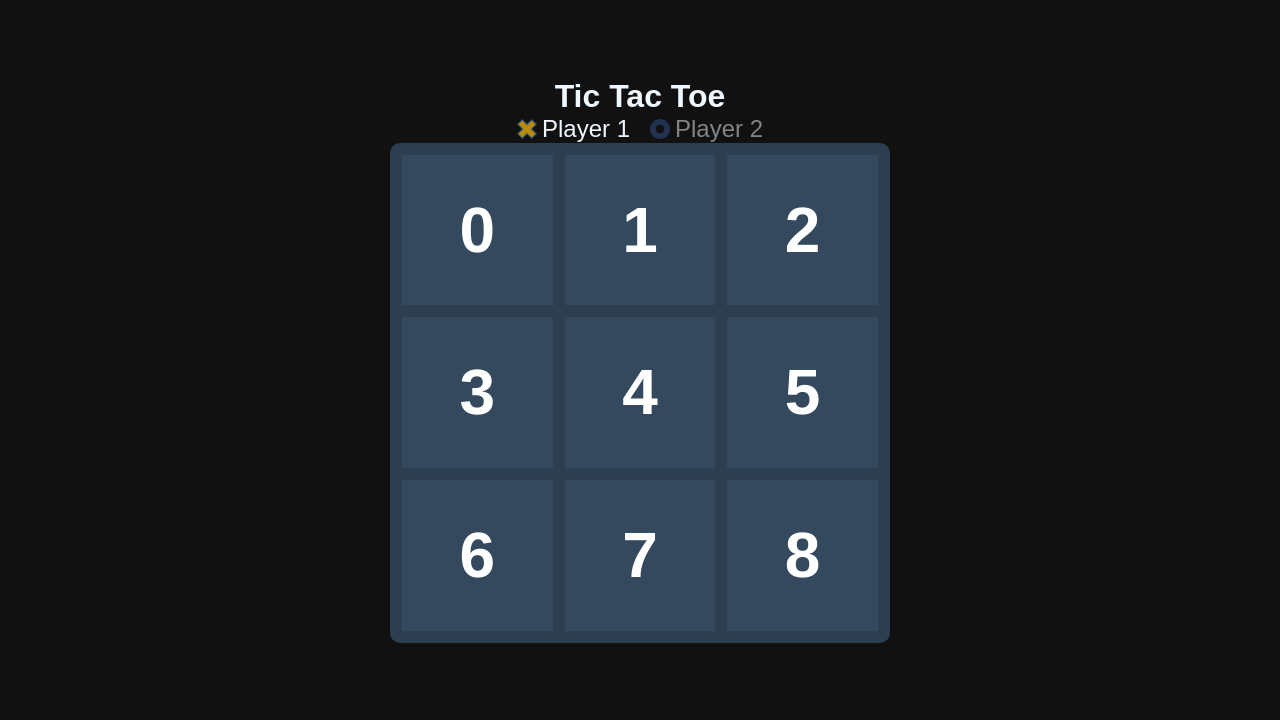
Repository: richardlieknis/tictactoe
Page: index.html
These files come from the project's save history. The page is drawn as it stood at one moment and after the next save; the edit follows.
The browser window is 1280 px wide. The pictures show the whole page.

Above is the page before, as saved 2022-12-08 17:26:30.

After the next save:
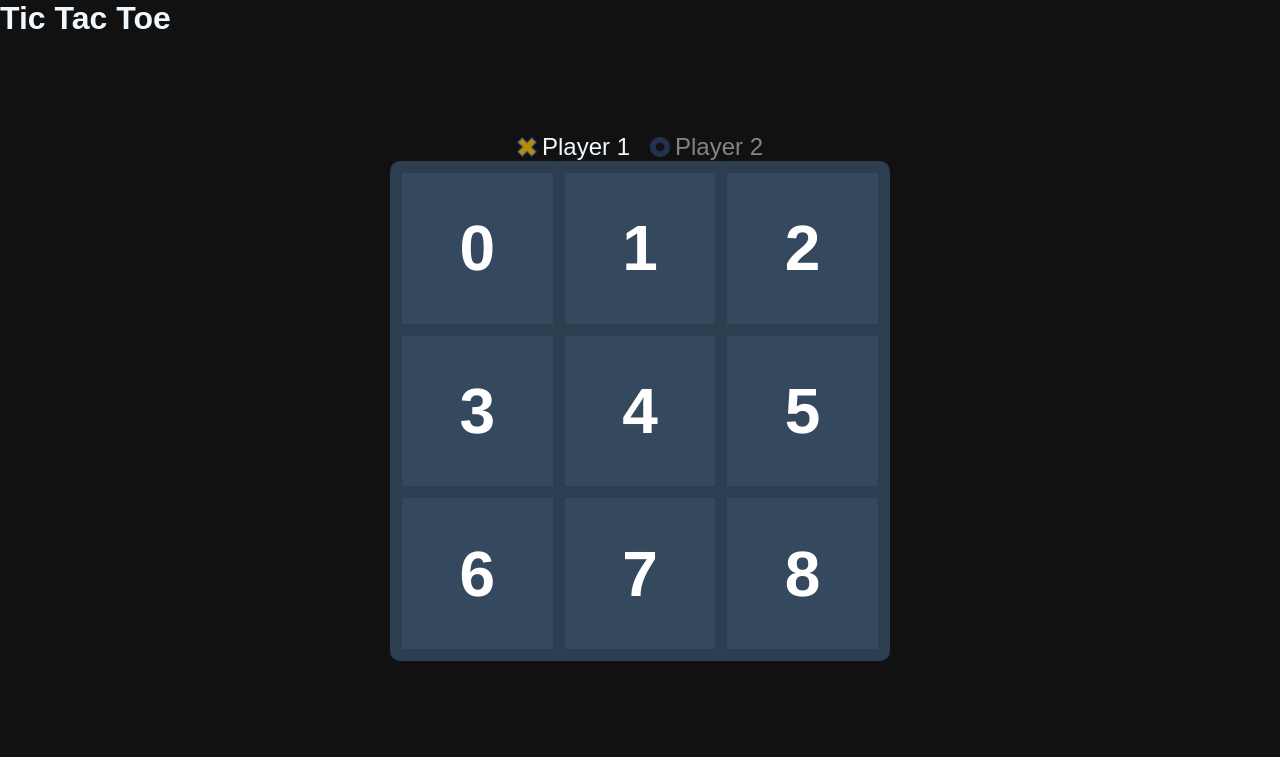
Saved 34 s later.
--- a/index.html
+++ b/index.html
@@ -13,8 +13,8 @@
 </head>
 
 <body>
+    <h1>Tic Tac Toe</h1>
     <div class="maincontainer">
-        <h1>Tic Tac Toe</h1>
         <div class="players">
             <div id="player1" class="">
                 <img src="src/img/cross.png" /> Player 1
